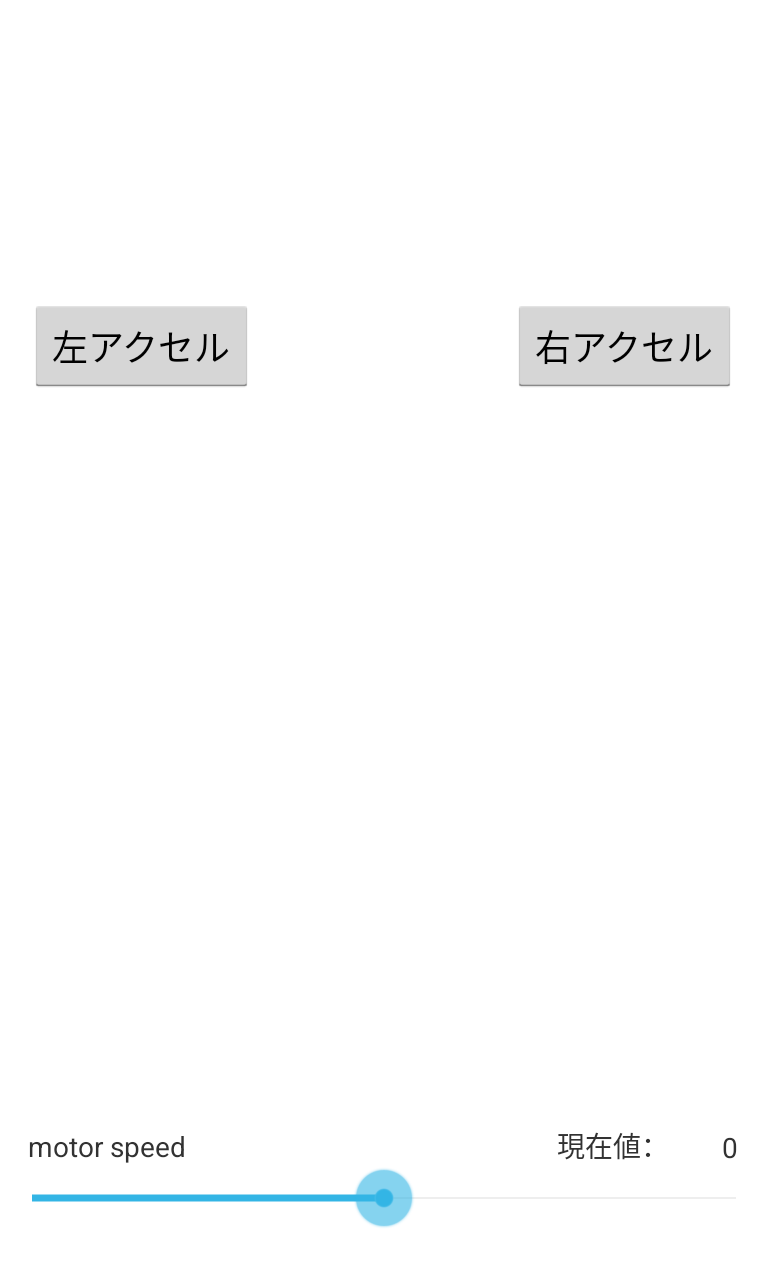
Repository: takugoto/2WD-car
Layout: workspace/2WDcar/res/layout/activity_main.xml
The author's editor kept a copy of each file at every save. The layout is drawn from the files as they stood at one save, then again after the next save.
It is drawn on a 768 x 1280 px phone screen (xhdpi) without system bars, with theme AppTheme; the app's code is not run.

Above is the layout before, as saved 2012-12-13 05:04:40.

### workspace/2WDcar/res/layout/activity_main.xml
<RelativeLayout xmlns:android="http://schemas.android.com/apk/res/android"
    xmlns:tools="http://schemas.android.com/tools"
    android:layout_width="match_parent"
    android:layout_height="match_parent" >

    <SeekBar
        android:id="@+id/seekBar1"
        android:layout_width="match_parent"
        android:layout_height="wrap_content"
        android:layout_alignParentBottom="true"
        android:layout_alignParentLeft="true"
        android:layout_marginBottom="25dp"
        android:max="2000"
        android:progress="1000" />

    <Button
        android:id="@+id/button1"
        android:layout_width="wrap_content"
        android:layout_height="wrap_content"
        android:layout_alignParentLeft="true"
        android:layout_alignParentTop="true"
        android:layout_marginLeft="14dp"
        android:layout_marginTop="149dp"
        android:text="左アクセル" />

    <Button
        android:id="@+id/button3"
        android:layout_width="wrap_content"
        android:layout_height="wrap_content"
        android:layout_alignBaseline="@+id/button1"
        android:layout_alignBottom="@+id/button1"
        android:layout_alignParentRight="true"
        android:layout_marginRight="15dp"
        android:text="右アクセル" />

    <TextView
        android:id="@+id/textView2"
        android:layout_width="wrap_content"
        android:layout_height="wrap_content"
        android:layout_above="@+id/seekBar1"
        android:layout_alignRight="@+id/button3"
        android:text="0" />

    <TextView
        android:id="@+id/textView3"
        android:layout_width="wrap_content"
        android:layout_height="wrap_content"
        android:layout_above="@+id/seekBar1"
        android:layout_alignLeft="@+id/button3"
        android:layout_marginLeft="23dp"
        android:text="現在値：" />

    <TextView
        android:id="@+id/textView1"
        android:layout_width="wrap_content"
        android:layout_height="wrap_content"
        android:layout_alignBaseline="@+id/textView3"
        android:layout_alignBottom="@+id/textView3"
        android:layout_alignLeft="@+id/button1"
        android:text="motor speed" />

</RelativeLayout>

Loaded but not shown: workspace/2WDcar/res/values-v11/styles.xml (common file); workspace/2WDcar/res/values-v14/styles.xml (common file); workspace/2WDcar/res/values/styles.xml (common file)

After the next save:
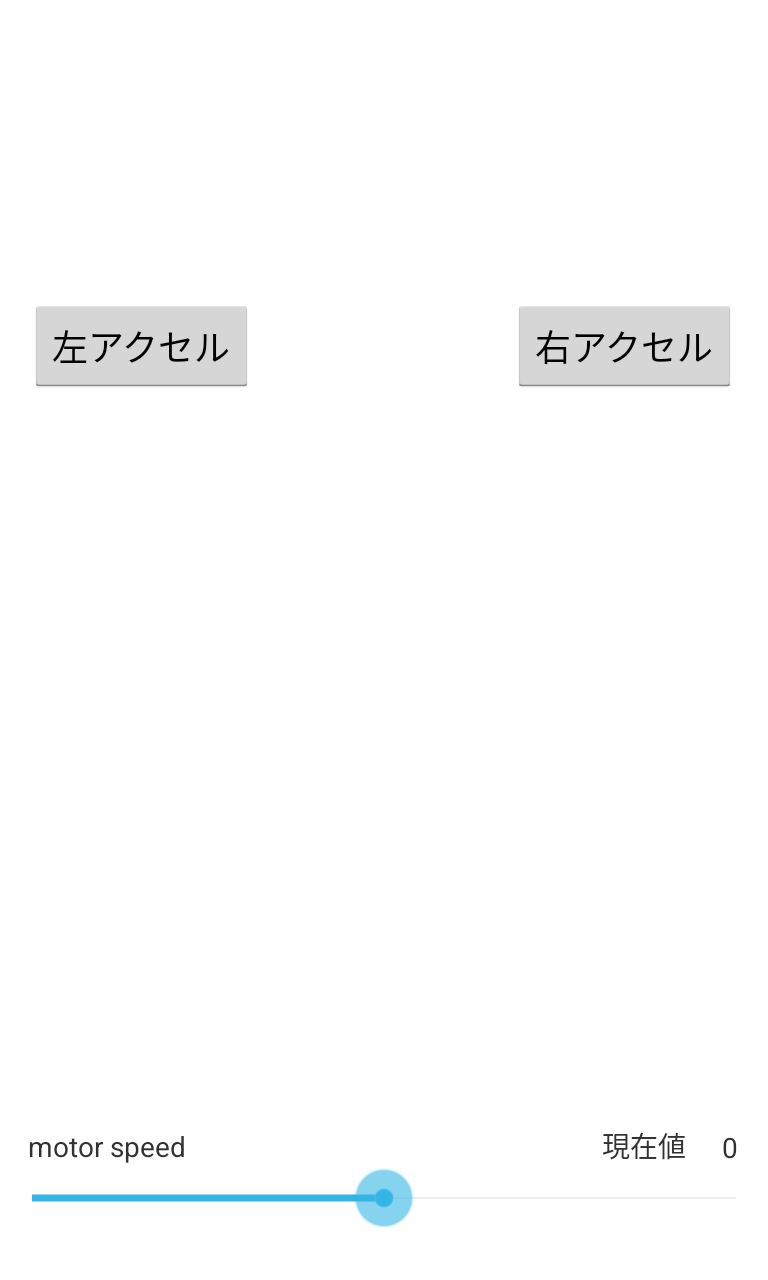
Saved 5 min 10 s later.
--- a/workspace/2WDcar/res/layout/activity_main.xml
+++ b/workspace/2WDcar/res/layout/activity_main.xml
@@ -46,9 +46,9 @@
         android:layout_width="wrap_content"
         android:layout_height="wrap_content"
         android:layout_above="@+id/seekBar1"
-        android:layout_alignLeft="@+id/button3"
-        android:layout_marginLeft="23dp"
-        android:text="現在値：" />
+        android:layout_marginRight="18dp"
+        android:layout_toLeftOf="@+id/textView2"
+        android:text="現在値" />
 
     <TextView
         android:id="@+id/textView1"
